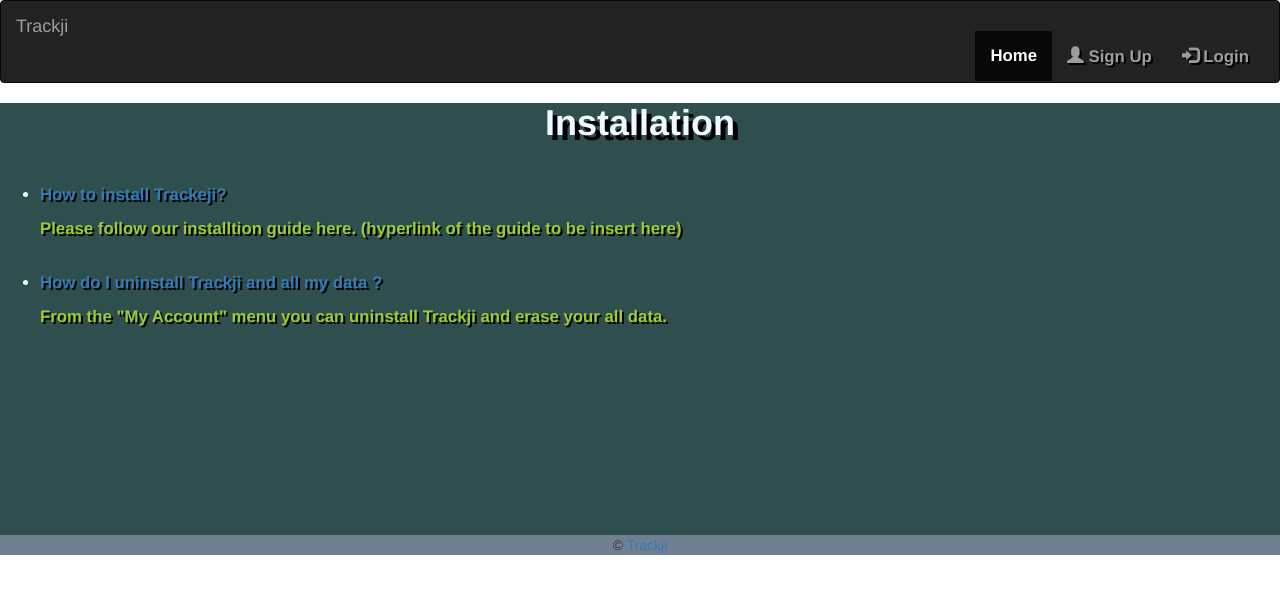
Repository: prathmeshgodbole/Web_Development
Page: Mobile_tracker/Installation.html
An editor plug-in stored every save of this project. The page is shown before and after the next save, followed by the edit.
The browser window is 1280 px wide. The pictures show the whole page.

Above is the page before, as saved 2020-03-08 18:31:04.

### Mobile_tracker/Installation.html
<!DOCTYPE html>
<html lang="en">



<head>
    <title>Bootstrap Example</title>
    <meta charset="utf-8">
    <meta name="viewport" content="width=device-width, initial-scale=1">
    <link rel="stylesheet" href="https://maxcdn.bootstrapcdn.com/bootstrap/3.4.1/css/bootstrap.min.css">
    <link rel="stylesheet" href="./css/installation.css">
    <script src="https://ajax.googleapis.com/ajax/libs/jquery/3.4.1/jquery.min.js"></script>
    <script src="https://maxcdn.bootstrapcdn.com/bootstrap/3.4.1/js/bootstrap.min.js"></script>
</head>

<body>

    <nav class="navbar navbar-inverse">
        <div class="container-fluid">
            <div class="navbar-header">
                <button type="button" class="navbar-toggle" data-toggle="collapse" data-target="#myNavbar">
        <span class="icon-bar"></span>
        <span class="icon-bar"></span>
        <span class="icon-bar"></span>
      </button>
                <a class="navbar-brand" href="#">Trackji</a>
            </div>
            <div class="collapse navbar-collapse" id="myNavbar">
                <ul class="nav navbar-nav navbar-right">
                    <li class="active"><a href="#">Home</a></li>
                    <li><a href="#"><span class="glyphicon glyphicon-user"></span> Sign Up</a></li>
                    <li><a href="#"><span class="glyphicon glyphicon-log-in"></span> Login</a></li>
                </ul>
            </div>
        </div>
    </nav>

    <div class="section">
        <h1 class="section-title">Installation</h1>

        <ul class="article-list">

            <li class="article-promoted">
                <a href="">How to install Trackeji?</a>
                <p>Please follow our installtion guide here. (hyperlink of the guide to be insert here)</p>
            </li>

            <li class="article-promoted">
                <a href="">How do I uninstall Trackji and all my data ?</a>
                <p>From the "My Account" menu you can uninstall Trackji and erase your all data.</p>
            </li>

        </ul>
    </div>
    <!--/.container-->
    <footer class="footer container">
        <div class="container-inner">
            <p class="copyright">&copy; <a href=>Trackji</a></p>
        </div>
    </footer>



</body>

</html>

### Mobile_tracker/css/installation.css
*body {
    margin: 0%;
    padding: 0%;
}

.section {
    top: -50px;
    background-color: darkslategray;
    height: 60vh;
}

.section h1 {
    color: aliceblue;
    text-shadow: black 5px 5px;
    font-weight: bold;
    text-align: center;
}

ul {
    margin-top: 40px;
}

ul li {
    text-shadow: black 2px 2px;
    color: azure;
    font-weight: bold;
    font-size: larger;
    margin-top: 30px;
}

ul li p {
    color: yellowgreen;
    margin-top: 10px;
}

.footer {
    background-color: slategray;
    width: 100%;
    height: 20px;
    text-align: center;
}

After the next save:
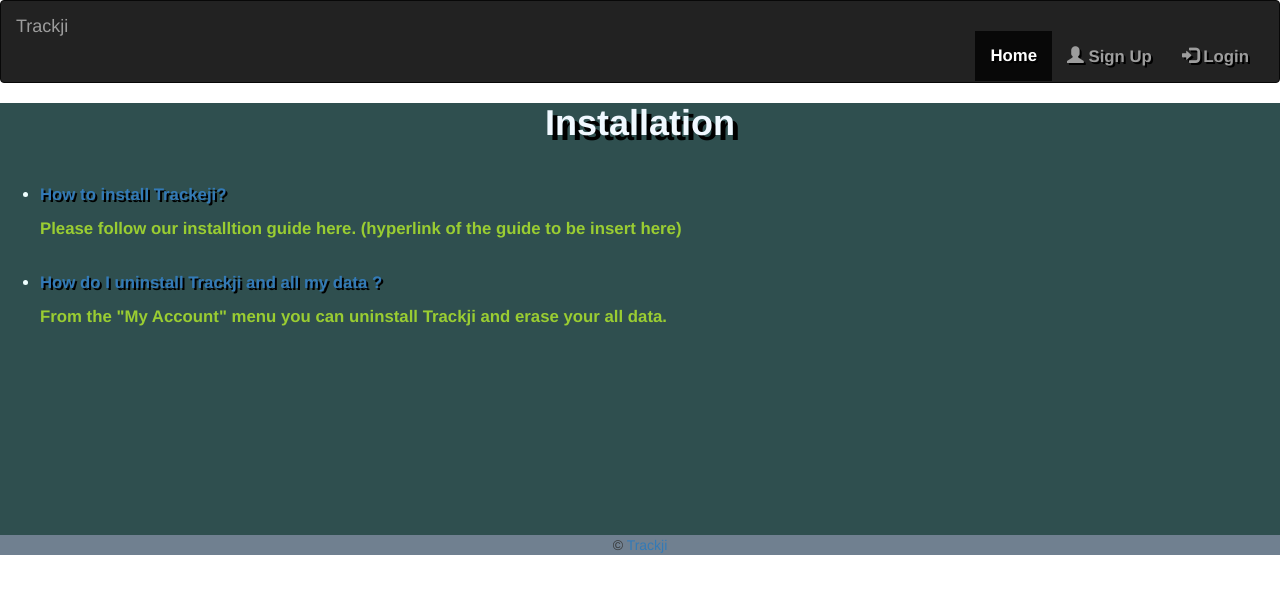
Saved 29 s later.
--- a/Mobile_tracker/css/installation.css
+++ b/Mobile_tracker/css/installation.css
@@ -21,11 +21,14 @@ ul {
 }
 
 ul li {
-    text-shadow: black 2px 2px;
     color: azure;
     font-weight: bold;
     font-size: larger;
     margin-top: 30px;
+}
+
+ul li a {
+    text-shadow: black 2px 2px;
 }
 
 ul li p {
